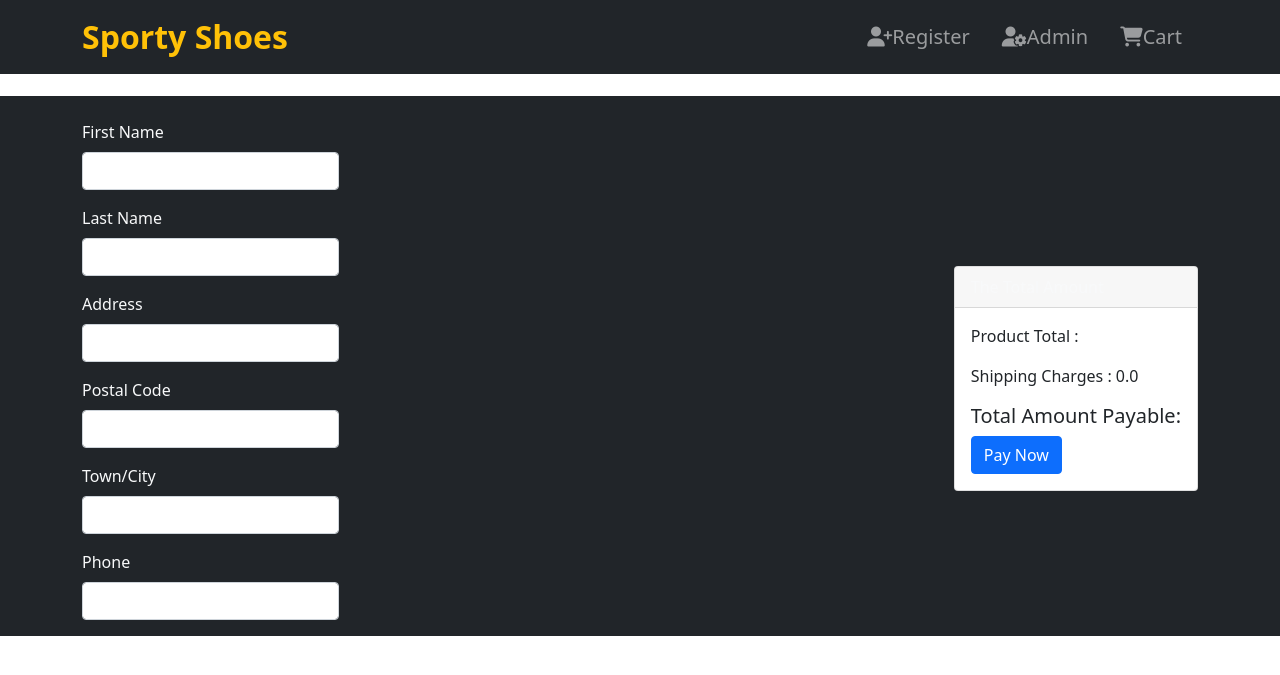
Repository: Niks4u2/SportyShoes
Page: http://localhost/checkout
An editor plug-in stored every save of this project. The page is shown before and after the next save, followed by the edit.
The browser window is 1280 px wide. The pictures show the whole page.
Some web libraries are served in a nearby version. The page is this project's Thymeleaf template; nobody is signed in. The template is opened directly, without the code that normally fills it, so the values that code supplies are empty.

Above is the page before, as saved 2021-11-10 12:24:52.

### Source Code/sporty-shoes/src/main/resources/templates/checkout.html
<!DOCTYPE html>
<html xmlns:th="http://www.thymeleaf.org"
	xmlns:sec="http://www.thymeleaf.org/thymeleaf-extras-springsecurity3">
<head>
<meta charset="ISO-8859-1">
<title>Cart</title>

    <link rel="stylesheet" href="https://cdnjs.cloudflare.com/ajax/libs/animate.css/4.1.1/animate.min.css" />
    <link href="https://cdn.jsdelivr.net/npm/bootstrap@5.0.2/dist/css/bootstrap.min.css" rel="stylesheet"
        integrity="sha384-EVSTQN3/azprG1Anm3QDgpJLIm9Nao0Yz1ztcQTwFspd3yD65VohhpuuCOmLASjC" crossorigin="anonymous">
    <script src="https://cdn.jsdelivr.net/npm/bootstrap@5.0.2/dist/js/bootstrap.bundle.min.js"
        integrity="sha384-MrcW6ZMFYlzcLA8Nl+NtUVF0sA7MsXsP1UyJoMp4YLEuNSfAP+JcXn/tWtIaxVXM"
        crossorigin="anonymous"></script>
    <script src="https://kit.fontawesome.com/92e9dde9ec.js" crossorigin="anonymous"></script>
<body>
    <!-- Navbar -->
    <nav class="navbar navbar-expand-lg bg-dark navbar-dark fixed-top">
        <div class="container">
            <a href="/" class="navbar-brand text-warning fw-bold fs-2 animate__animated animate__bounce">Sporty Shoes</a>
            <button class="navbar-toggler" type="button" data-bs-toggle="collapse" data-bs-target="#navmenu">
                <span class="navbar-toggler-icon"></span>
            </button>
            <div class="collapse navbar-collapse" id="navmenu">
                <ul class="navbar-nav ms-auto">
                    <li class="nav-item">
                        <a th:href="@{/registration}" class="nav-link lead px-3"><i class="fas fa-user-plus"></i>Register</a>
                    </li>
                    <li class="nav-item">
                        <a th:href="@{/adminregistration}" class="nav-link lead px-3"><i class="fas fa-user-cog"></i>Admin</a>
                    </li>
                    <li class="nav-item">
                        <a th:href="@{/cart}" class="nav-link lead px-3"><i class="fas fa-shopping-cart"></i>Cart</a>
                    </li>
                    <li class="nav-item" sec:authorize="isAuthenticated()">
                    	<span th:text=${cartCount} class="nav-link lead px-3">0</span >
                    </li>
                </ul>
            </div>
        </div>
    </nav>
    <br>
    <br>
    <br>
    <br>

    <!-- Billing Details -->
    <section class="bg-dark text-light p-5 p-lg-0 pt-lg-4 text-center text-sm-start">
        <div class="container">
            <div class="d-sm-flex align-items-center justify-content-between">
                <div class="ml-4 pl-4">
<form>
  <div class="mb-3">
    <label for="exampleInputEmail1" class="form-label">First Name </label>
    <input type="email" class="form-control" id="exampleInputEmail1" aria-describedby="emailHelp">
  </div>
    <div class="mb-3">
    <label for="exampleInputEmail1" class="form-label">Last Name </label>
    <input type="email" class="form-control" id="exampleInputEmail1" aria-describedby="emailHelp">
  </div>
  <div class="mb-3">
    <label for="exampleInputPassword1" class="form-label">Address </label>
    <input type="text" class="form-control" id="exampleInputPassword1">
  </div>
    <div class="mb-3">
    <label for="exampleInputEmail1" class="form-label">Postal Code </label>
    <input type="email" class="form-control" id="exampleInputEmail1" aria-describedby="emailHelp">
  </div>
    <div class="mb-3">
    <label for="exampleInputEmail1" class="form-label">Town/City </label>
    <input type="email" class="form-control" id="exampleInputEmail1" aria-describedby="emailHelp">
  </div>
    <div class="mb-3">
    <label for="exampleInputEmail1" class="form-label">Phone </label>
    <input type="email" class="form-control" id="exampleInputEmail1" aria-describedby="emailHelp">
    </div>
  <!-- <button type="submit" class="btn btn-primary">Submit</button> -->
</form>
                </div>
<div class="card">
  <div class="card-header">
    The Total Amount
  </div>
  <div class="card-body text-dark">
      <p class="card-text">Product Total : <span th:text=${total}></span ></p>
    <p class="card-text">Shipping Charges : 0.0</p>
    <h5 class="card-title">Total Amount Payable: <span th:text=${total}></span ></h5>
    <a href="#" class="btn btn-primary">Pay Now</a>
  </div>
</div>            </div>
        </div>
    </section>

</body>

After the next save:
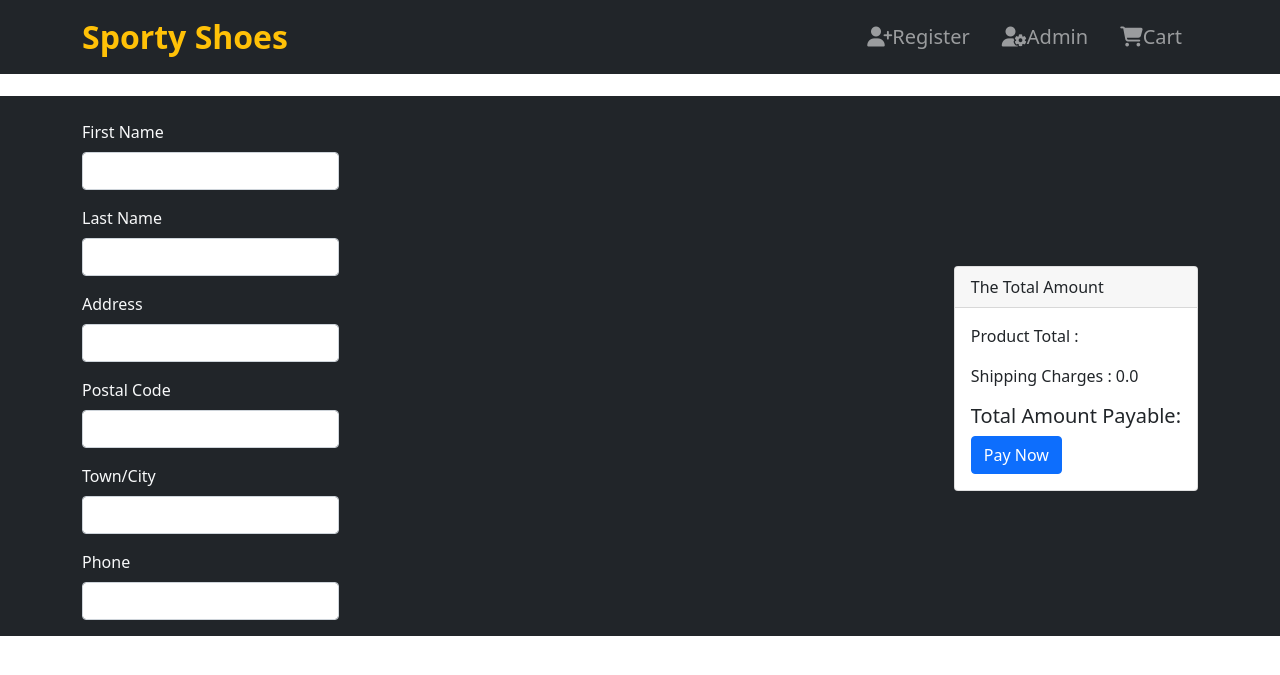
Saved 24 s later.
--- a/Source Code/sporty-shoes/src/main/resources/templates/checkout.html
+++ b/Source Code/sporty-shoes/src/main/resources/templates/checkout.html
@@ -77,7 +77,7 @@
 </form>
                 </div>
 <div class="card">
-  <div class="card-header">
+  <div class="card-header text-dark">
     The Total Amount
   </div>
   <div class="card-body text-dark">
